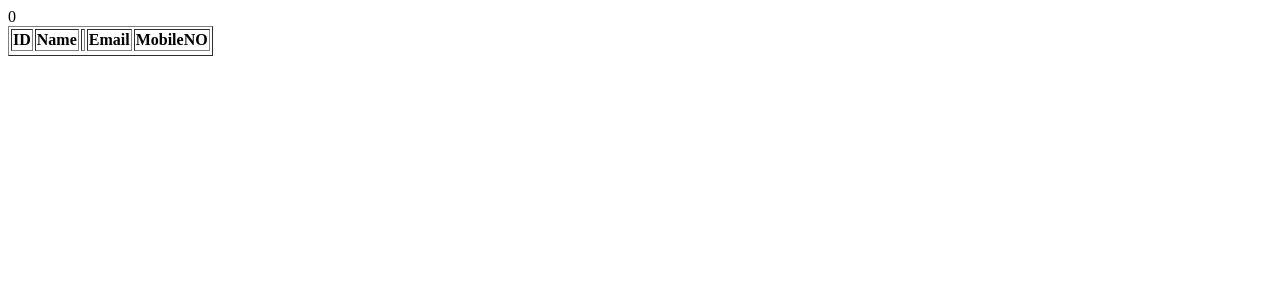
Repository: nishasirt/SimplilearnRepo1
Page: http://localhost/JSPSession/RetriveController.jsp
An editor plug-in stored every save of this project. The page is shown before and after the next save, followed by the edit.
The browser window is 1280 px wide. The pictures show the whole page.
The page is served by Tomcat 9. Queries for data that is not in the repository find no rows.

Above is the page before, as saved 2022-11-15 12:50:02.

After the next save:
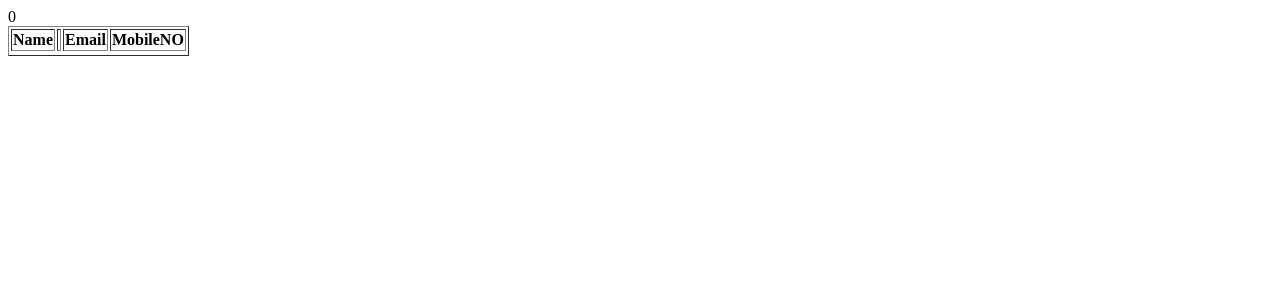
Saved 3 min 36 s later.
--- a/JSPSession/WebContent/RetriveController.jsp
+++ b/JSPSession/WebContent/RetriveController.jsp
@@ -20,19 +20,19 @@ try {
 	ArrayList<User>  arr=dao.getAllUser();
       out.print(arr.size());
 	%>
-
+	 <form action="update.jsp">
 	<table border="1">
-    <tr><th>ID</th><th>Name</th><th><th>Email</th><th>MobileNO</th><tr>
+    <tr><th>Name</th><th><th>Email</th><th>MobileNO</th><tr>
 
 	<% for(User u:arr)
 	{%>
-		<tr><td><%= u.getId() %></td><td><%=u.getName()%></td><td><%=u.getEmail()%></td><td> <%= u.getMobileNo() %></td><td><a href="update.html">UPDATE</a></td><td><a href="update.html">DELETE</a></td></tr>
+		<tr><td><input type="hidden" name="id" value="<%=u.getId()%>">></td><td><%=u.getName()%></td><td><%=u.getEmail()%></td><td> <%= u.getMobileNo() %></td><td><a href="update.html">UPDATE</a></td><td><a href="update.html">DELETE</a></td></tr>
 
 	<% }%>
 
 
 	</table>
-
+    </form>
 <%  }catch (Exception  e) {
 	// TODO Auto-generated catch block
 	e.printStackTrace();
